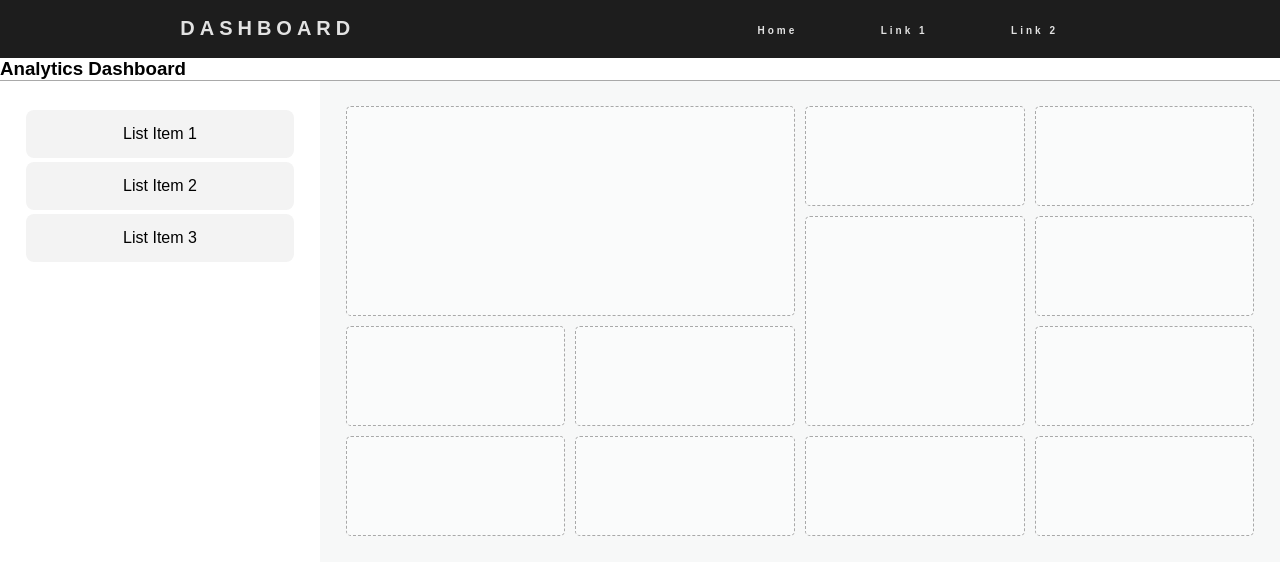
Repository: nourabdelhakam/drag-drop
Page: index.html
An editor plug-in stored every save of this project. The page is shown before and after the next save, followed by the edit.
The browser window is 1280 px wide. The pictures show the whole page.

Above is the page before, as saved 2020-07-03 11:37:41.

After the next save:
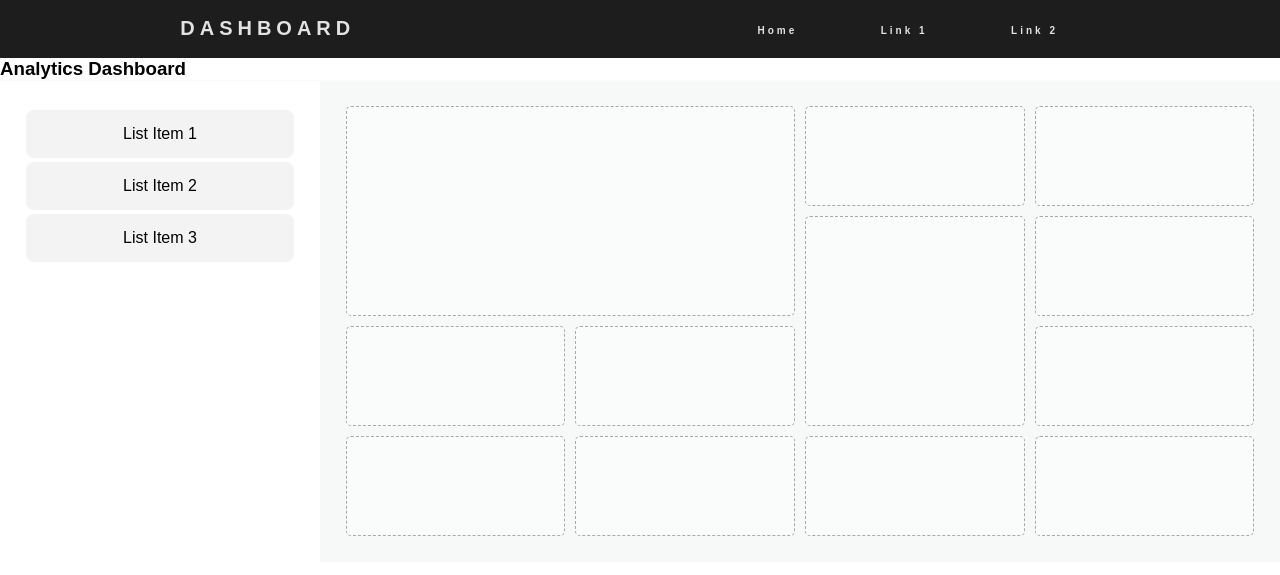
Saved 47 s later.
--- a/css/main.css
+++ b/css/main.css
@@ -7,7 +7,7 @@ body {
     font-family: Arial, Helvetica, sans-serif;
 }
 .container {
-    border-top: 1px solid darkgrey;
+    border-top: 1px solid #FAFBFB;
 }
 .left {
     width: 25%;
